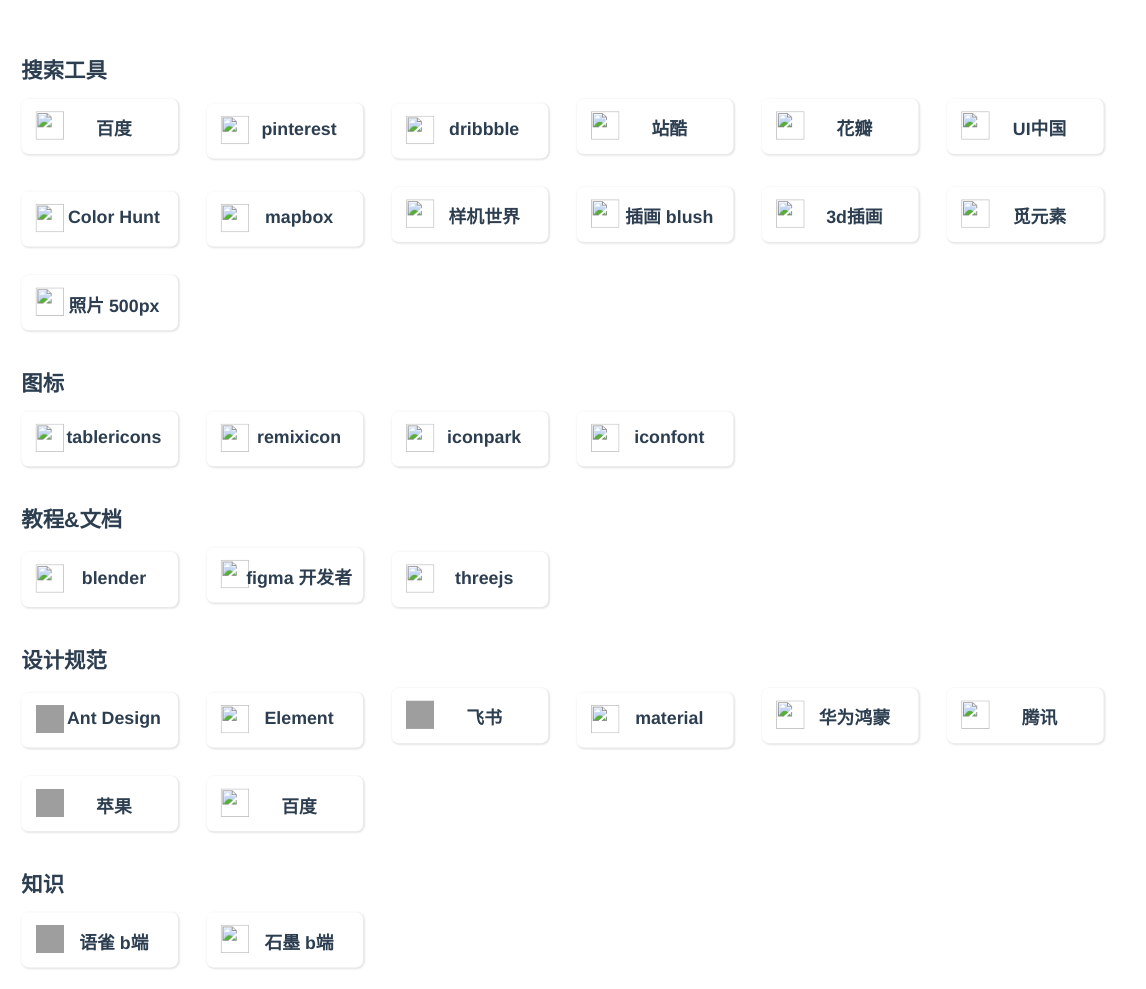
Repository: LiuZixu-aurelio/collection
Page: /
These files come from the project's save history. The page is drawn as it stood at one moment and after the next save; the edit follows.
The browser window is 1280 px wide. The page is 1288 px wide, so the pictures cover 1288 px, including what lies to the right of the window. The pictures show the whole page, at 89% of full size.
Pictures or frames that could not be fetched are drawn as grey boxes. The project was rebuilt for these pictures with package versions that can differ from the ones it lists, and the page was loaded fresh each time.

Above is the page before, as saved 2022-06-22 16:50:10.

### src/App.vue
<template>

  <HelloWorld />
</template>

<script>
import HelloWorld from './components/HelloWorld.vue'

export default {
  name: 'App',
  components: {
    HelloWorld
  }
}
</script>

<style>
#app {
  font-family: Avenir, Helvetica, Arial, sans-serif;
  -webkit-font-smoothing: antialiased;
  -moz-osx-font-smoothing: grayscale;
  color: #2c3e50;
  margin-top: 60px;
}
</style>

### src/components/HelloWorld.vue
<template>
  <div>
    <div>
      <h2>搜索工具</h2>
      <Card class='card' msg="百度" web="https://www.baidu.com" logo="https://www.baidu.com/favicon.ico"/>
      <Card class='card' msg="pinterest" web="https://dribbble.com/" logo="https://s.pinimg.com/images/favicon_red_192.png"/>
      <Card class='card' msg="dribbble" web="https://it.pinterest.com/" logo="https://cdn.dribbble.com/assets/favicon-b38525134603b9513174ec887944bde1a869eb6cd414f4d640ee48ab2a15a26b.ico"/>
      <Card class='card' msg="站酷" web="https://www.zcool.com.cn/" logo="https://static.zcool.cn/git_z/z/site/favicon.ico?version=1618914637608"/>
      <Card class='card' msg="花瓣" web="https://huaban.com/" logo="https://huaban.com/favicon.ico"/>
      <Card class='card' msg="UI中国" web="https://www.ui.cn/" logo="https://www.ui.cn/favicon.ico"/>
      <Card class='card' msg="Color Hunt" web="https://colorhunt.co/" logo="https://colorhunt.co/img/colorhunt-favicon.svg?2"/>
      <Card class='card' msg="mapbox" web="https://api.mapbox.com/styles/v1/mapbox/light-v10.html?title=true&access_token=pk.eyJ1IjoibWFwYm94IiwiYSI6ImNpejY4M29iazA2Z2gycXA4N2pmbDZmangifQ.-g_vE53SD2WrJ6tFX7QHmA#13.52/47.50887/19.08254" logo="https://static-assets.mapbox.com/branding/favicon/v1/favicon.ico?v=gAd4JjrGWl"/>
      <Card class='card' msg="样机世界" web="https://www.mockupworld.co/all-mockups/" logo="https://static-assets.mapbox.com/branding/favicon/v1/favicon.ico?v=gAd4JjrGWl"/>
      <Card class='card' msg="插画 blush" web="https://blush.design/zh-CN?ref=producthunt" logo="https://static-assets.mapbox.com/branding/favicon/v1/favicon.ico?v=gAd4JjrGWl"/>
      <Card class='card' msg="3d插画" web="https://3ddd.casa/" logo="https://static-assets.mapbox.com/branding/favicon/v1/favicon.ico?v=gAd4JjrGWl"/>
      <Card class='card' msg="觅元素" web="http://www.51yuansu.com/" logo="https://static-assets.mapbox.com/branding/favicon/v1/favicon.ico?v=gAd4JjrGWl"/>
      <Card class='card' msg="照片 500px" web="https://500px.com/popular" logo="https://static-assets.mapbox.com/branding/favicon/v1/favicon.ico?v=gAd4JjrGWl"/>

      <h2>图标</h2>
      <Card class='card' msg="tablericons " web="https://tablericons.com/" logo="https://static-assets.mapbox.com/branding/favicon/v1/favicon.ico?v=gAd4JjrGWl"/>
      <Card class='card' msg="remixicon " web="https://remixicon.com/" logo="https://static-assets.mapbox.com/branding/favicon/v1/favicon.ico?v=gAd4JjrGWl"/>
      <Card class='card' msg="iconpark " web="https://iconpark.oceanengine.com/official" logo="https://static-assets.mapbox.com/branding/favicon/v1/favicon.ico?v=gAd4JjrGWl"/>
      <Card class='card' msg="iconfont " web="https://www.iconfont.cn/" logo="https://img.alicdn.com/favicon.ico"/>


      <h2>教程&文档</h2>
      <Card class='card' msg="blender" web="https://docs.blender.org/manual/zh-hans/3.2/" logo="https://img.alicdn.com/favicon.ico"/>
      <Card class='card' msg="figma 开发者" web="https://www.figma.com/plugin-docs/intro/" logo="https://img.alicdn.com/favicon.ico"/>
      <Card class='card' msg="threejs" web="https://threejs.org/docs/index.html#manual/zh/introduction/Creating-a-scene" logo="https://img.alicdn.com/favicon.ico"/>



      <h2>设计规范</h2>
      <Card class='card' msg="Ant Design" web="https://ant.design/" logo="https://gw.alipayobjects.com/zos/rmsportal/rlpTLlbMzTNYuZGGCVYM.png"/>
      <Card class='card' msg="Element" web="https://element-plus.gitee.io/zh-CN/#/zh-CN" logo="https://element-plus.gitee.io/apple-touch-icon.png"/>
      <Card class='card' msg="飞书" web="https://open.feishu.cn/document/uYjL24iN/ukjNzUjL5YzM14SO2MTN" logo="https://s3-imfile.feishucdn.com/static-resource/v1/1941d42c-fccc-44bb-bfcc-854d71b7ed3g"/>
      <Card class='card' msg="material" web="https://www.material.io/" logo="https://static.tdesign.tencent.com/favicon.ico"/>
      <Card class='card' msg="华为鸿蒙" web="https://developer.harmonyos.com/cn/design" logo="https://developer.harmonyos.com/assets/image/favicon.ico?v=202206062122"/>
      <Card class='card' msg="腾讯" web="https://tdesign.tencent.com/" logo="https://static.tdesign.tencent.com/favicon.ico"/>
      <Card class='card' msg="苹果" web="https://developer.apple.com/cn/design/" logo="https://developer.apple.com/apple-logo.svg"/>
      <Card class='card' msg="百度" web="https://www.baidu.com" logo="https://www.baidu.com/favicon.ico"/>

      <h2>知识</h2>
      <Card class='card' msg="语雀 b端" web="https://www.yuque.com/sardine/lvdo4s" logo="https://gw.alipayobjects.com/mdn/prod_resou/afts/img/A*CUIoT4xopNYAAAAAAAAAAABkARQnAQ"/>
      <Card class='card' msg="石墨 b端" web="https://shimo.im/docs/kcndgcoA0skbv6Jh/read" logo="https://as.smvm.cn/from_qbox/favicon.ico"/>

    </div>
  </div>
</template>

<script>

import Card from './Card.vue'
export default {
  components: { Card },
  name: 'HelloWorld',
  props: {
    msg: String
  }
}
</script>

<!-- Add "scoped" attribute to limit CSS to this component only -->
<style scoped>
.card {
  display:inline-block;
  margin: 16px;
}
h2 {
  left: 16px;
  position: relative;
  margin: 24px 0px 0px 0px;
}

</style>

### src/components/Card.vue
<template>
  <div @click="openweb" class="cardin">
    <img :src="logo" alt="">
    <div class="text1"><span>{{msg}}</span></div>
  </div>
</template>

<script>

export default {
  name: 'Card',
  data: function(){
    return {

      }
  },
  props: {
    msg: String,
    web: String,
    logo: String
  },
  methods:{
    openweb:function(){
      window.open(this.web)
    }
  }
}
</script>

<!-- Add "scoped" attribute to limit CSS to this component only -->
<style scoped>
.cardin {
  width: 160px;
  height: 46px;
  padding: 8px;
  border-radius: 8px;
  box-shadow: 1px 1px 2px 1px rgba(0, 0, 0, .1)
}
img {
  width: 32px;
  height: 32px;
  position: relative;
  top: 6px;
  margin-left: 8px;
}
span {
  position: relative;
  top: -26px;
  margin-left: 16px;
  font-size: 20px;
  font-weight: 800;
}
.text1 {
  justify-content: center;
  display:flex;
  position: relative;
  right: -8px;
}
</style>

Loaded but not shown: public/index.html (common file); src/main.js (common file)

After the next save:
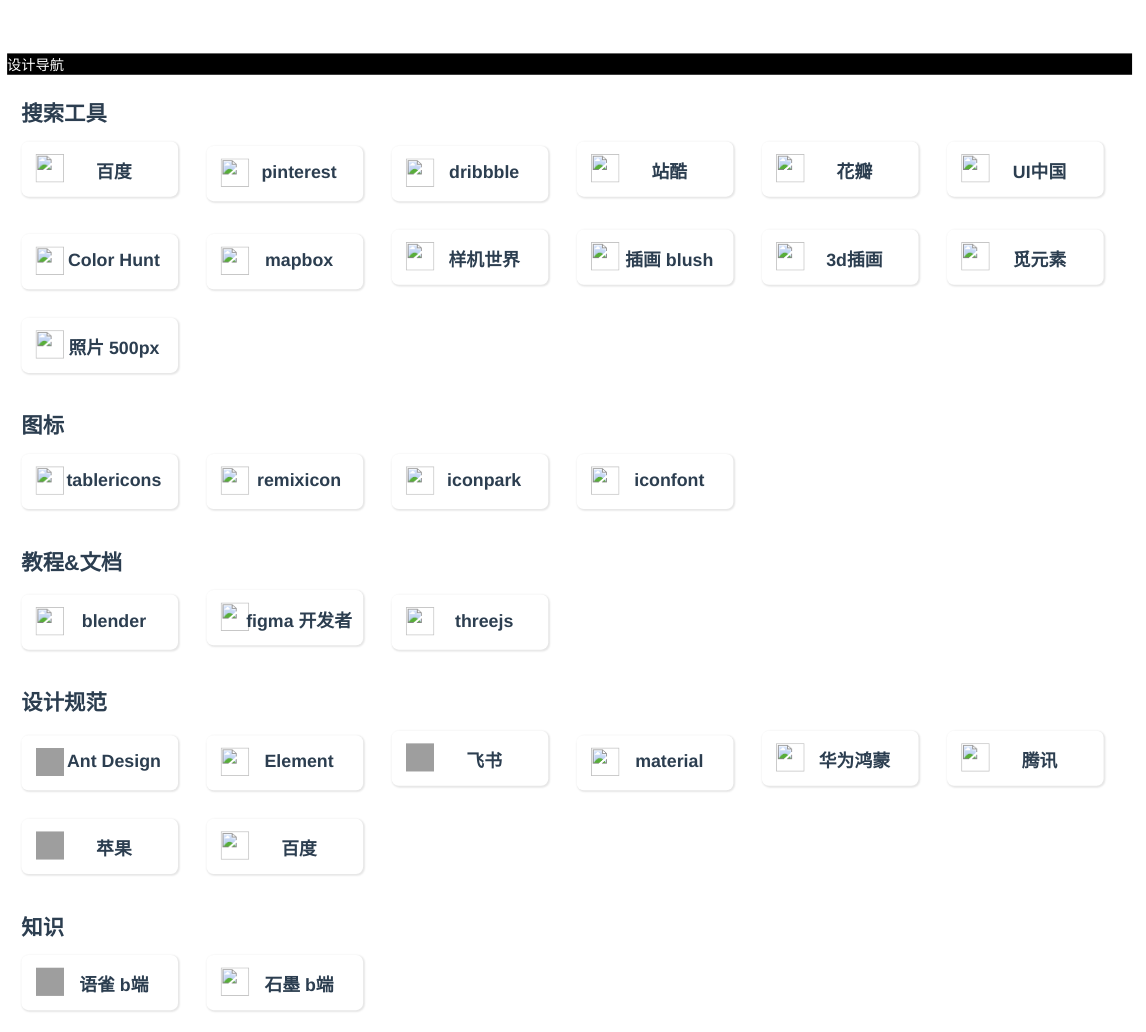
Saved 3 min 56 s later.
--- a/src/App.vue
+++ b/src/App.vue
@@ -1,6 +1,8 @@
 <template>
-
-  <HelloWorld />
+  <div>
+    <div class="title">设计导航</div>
+    <HelloWorld />
+  </div>
 </template>
 
 <script>
@@ -22,4 +24,10 @@
   color: #2c3e50;
   margin-top: 60px;
 }
+
+.title {
+  background-color: #000;
+  color: #fff;
+  align-items: center;
+}
 </style>
